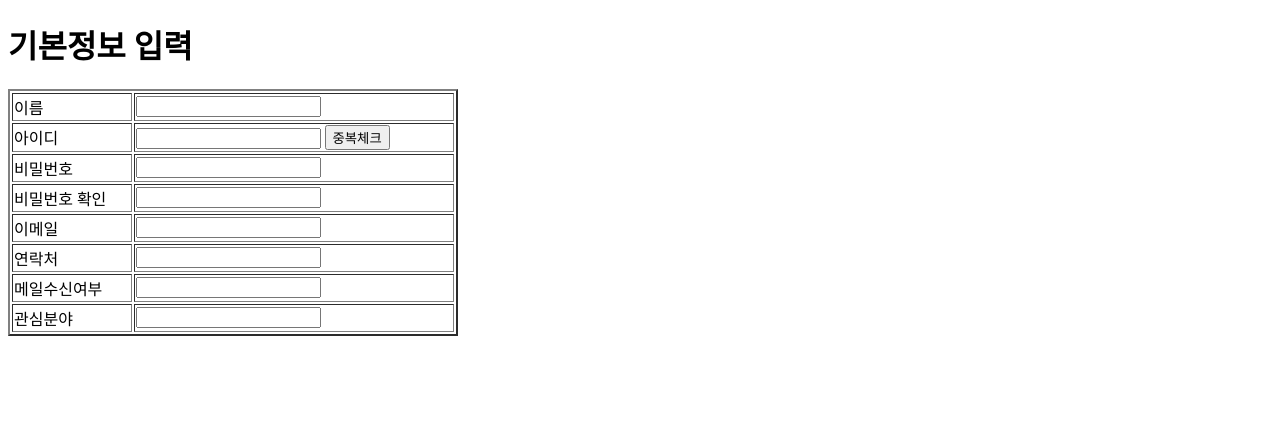
Repository: Cheol-Cheol/KOSA
Page: Kcc_web/Html/WebContent/mission/3.html
These files come from the project's save history. The page is drawn as it stood at one moment and after a run of saves; the edit follows.
The browser window is 1280 px wide. The pictures show the whole page.

Above is the page before, as saved 2024-07-08 06:23:18.

After the next 2 saves:
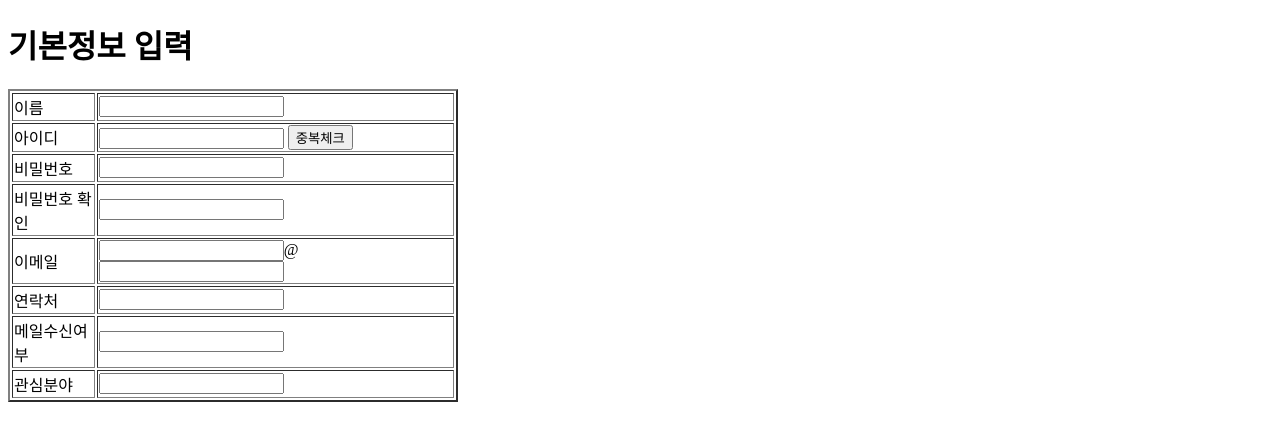
The 2 saves are shown as one change because they came seconds apart.
The last was saved 34 s later.
--- a/Kcc_web/Html/WebContent/mission/3.html
+++ b/Kcc_web/Html/WebContent/mission/3.html
@@ -14,10 +14,8 @@
 			</tr>
 			<tr>
 				<td>아이디</td>
-				<td>
-				<input type="text" />
-				<button type="button">중복체크</button>
-				</td>
+				<td><input type="text" />
+					<button type="button">중복체크</button></td>
 			</tr>
 			<tr>
 				<td>비밀번호</td>
@@ -29,7 +27,8 @@
 			</tr>
 			<tr>
 				<td>이메일</td>
-				<td><input type="email" /></td>
+				<td><input type="email" /><span>@</span> <input type="select" />
+				</td>
 			</tr>
 			<tr>
 				<td>연락처</td>
